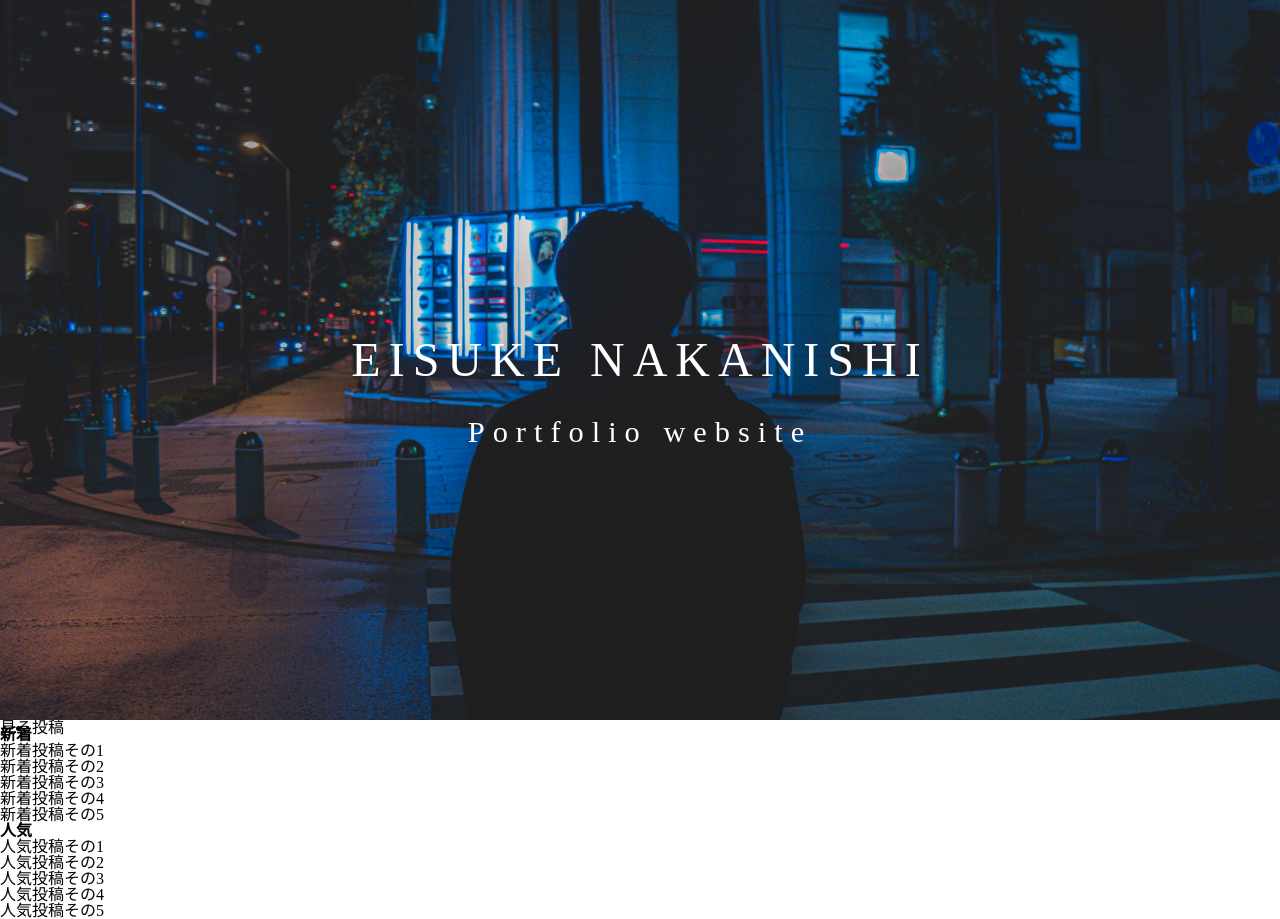
Repository: KustomApe/LandorusInc
Page: index.html
These files come from the project's save history. The page is drawn as it stood at one moment and after the next save; the edit follows.
The browser window is 1280 px wide. The pictures show the whole page.

Above is the page before, as saved 2021-07-24 13:04:10.

### index.html
<!DOCTYPE html>
<html lang="ja">
<head>
    <meta charset="UTF-8">
    <meta http-equiv="X-UA-Compatible" content="IE=edge">
    <meta name="viewport" content="width=device-width, initial-scale=1.0">
    <title>掲示板</title>
    <link rel="stylesheet" href="./assets/css/html5doctor.css">
    <link rel="stylesheet" href="./assets/css/style.css">
</head>
<body>
<div id="wrap">
    <div id="main_img">
        <h1>EISUKE NAKANISHI</h1>
        <h2>Portfolio website</h2>
    </div>
    <div class="contents">
        <ul id="main_btn">
            <li>見る</li>
            <li>投稿</li>
        </ul>
        <h2>新着</h2>
        <ul>
            <li>新着投稿その1</li>
            <li>新着投稿その2</li>
            <li>新着投稿その3</li>
            <li>新着投稿その4</li>
            <li>新着投稿その5</li>
        </ul>
        <h2>人気</h2>
        <ul>
            <li>人気投稿その1</li>
            <li>人気投稿その2</li>
            <li>人気投稿その3</li>
            <li>人気投稿その4</li>
            <li>人気投稿その5</li>
        </ul>
    </div>
</div>
</body>
</html>

### assets/css/html5doctor.css
html, body, div, span, object, iframe,
h1, h2, h3, h4, h5, h6, p, blockquote, pre,
abbr, address, cite, code,
del, dfn, em, img, ins, kbd, q, samp,
small, strong, sub, sup, var,
b, i,
dl, dt, dd, ol, ul, li,
fieldset, form, label, legend,
table, caption, tbody, tfoot, thead, tr, th, td,
article, aside, canvas, details, figcaption, figure,
footer, header, hgroup, menu, nav, section, summary,
time, mark, audio, video {
    margin:0;
    padding:0;
    border:0;
    outline:0;
    font-size:100%;
    vertical-align:baseline;
    background:transparent;
}

body {
    line-height:1;
}

article,aside,details,figcaption,figure,
footer,header,hgroup,menu,nav,section {
    display:block;
}

nav ul {
    list-style:none;
}

blockquote, q {
    quotes:none;
}

blockquote:before, blockquote:after,
q:before, q:after {
    content:'';
    content:none;
}

a {
    margin:0;
    padding:0;
    font-size:100%;
    vertical-align:baseline;
    background:transparent;
}

/* change colours to suit your needs */
ins {
    background-color:#ff9;
    color:#000;
    text-decoration:none;
}

/* change colours to suit your needs */
mark {
    background-color:#ff9;
    color:#000;
    font-style:italic;
    font-weight:bold;
}

del {
    text-decoration: line-through;
}

abbr[title], dfn[title] {
    border-bottom:1px dotted;
    cursor:help;
}

table {
    border-collapse:collapse;
    border-spacing:0;
}

/* change border colour to suit your needs */
hr {
    display:block;
    height:1px;
    border:0;
    border-top:1px solid #cccccc;
    margin:1em 0;
    padding:0;
}

input, select {
    vertical-align:middle;
}

### assets/css/style.css
@charset "utf-8";

body {
    width: 100%;
    max-width: 1920px;
}

div#main_img {
    position: relative;
    display: block;
    width: 100%;
    height: 100vh;
    background: url('../img/main.jpg');
    background-size: cover;
}

div#main_img h1 {
    position: absolute;
    top: 50%;
    left: 50%;
    transform: translate(-50%, -50%);
    -webkit-transform: translate(-50%, -50%);
    -ms-transform: translate(-50%, -50%);
    color: #fff;
    font-size: 3rem;
    font-weight: lighter;
    letter-spacing: 0.5rem;
}

div#main_img h2 {
    position: absolute;
    top: 60%;
    left: 50%;
    transform: translate(-50%, -50%);
    -webkit-transform: translate(-50%, -50%);
    -ms-transform: translate(-50%, -50%);
    color: #fff;
    font-size: 1.9rem;
    font-weight: lighter;
    letter-spacing: 0.5rem;
}

div.contents ul#main_btn {
    display: flex;
    width: 100%;
    height: 1vh;
}

After the next save:
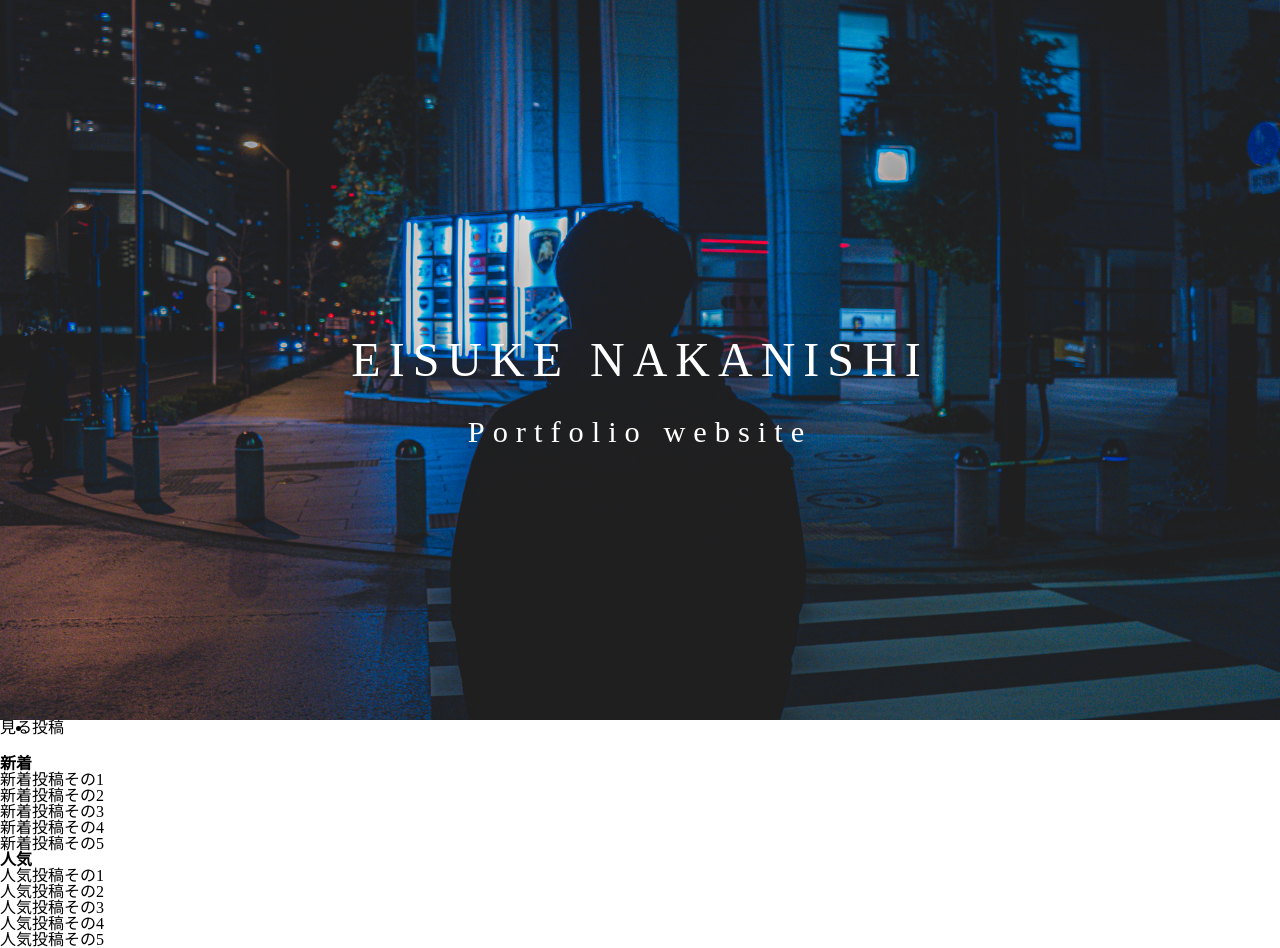
Saved 9 s later.
--- a/assets/css/style.css
+++ b/assets/css/style.css
@@ -43,5 +43,5 @@ div#main_img h2 {
 div.contents ul#main_btn {
     display: flex;
     width: 100%;
-    height: 1vh;
+    height: 5vh;
 }
